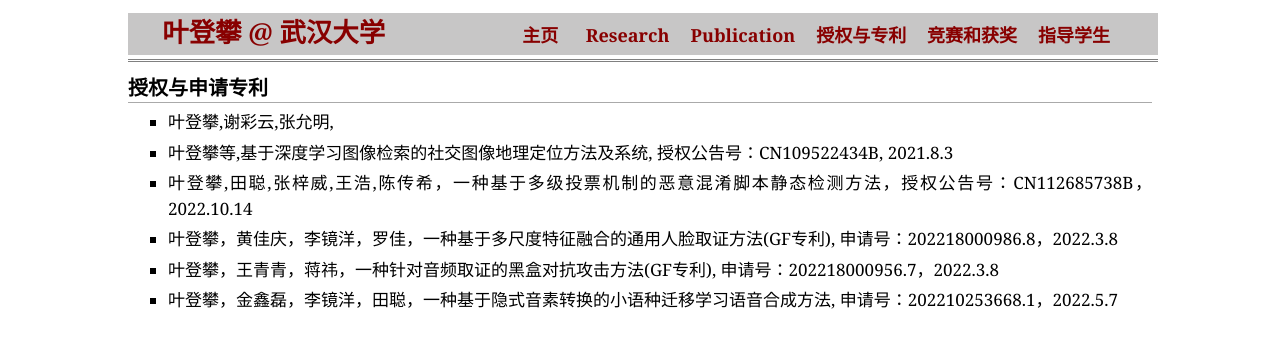
Repository: yedengpan/yedengpan.github.io
Page: patent.html
The author's editor kept a copy of each file at every save. The page is drawn from the files as they stood at one save, then again after the next save.
The browser window is 1280 px wide. The pictures show the whole page.

Above is the page before, as saved 2024-01-18 21:01:21.
Console error: SyntaxError: Unexpected token '%'

### patent.html
<!DOCTYPE html PUBLIC "-//W3C//DTD XHTML 1.1//EN" "http://www.w3.org/TR/xhtml11/DTD/xhtml11.dtd">
<html xmlns="http://www.w3.org/1999/xhtml" xml:lang="en">
<head>
    <meta http-equiv="Content-Type" content="text/html; charset=UTF-8">
    <meta name="generator" content="jemdoc, see http://jemdoc.jaboc.net/">

    <link rel="stylesheet" href="./source_files/jemdoc.css" type="text/css">
    <title>授权与专利</title>
    <script type="text/javascript" src="./source_files/jquery-1.12.4.min.js"></script>
    <script src="./source_files/main.js"></script>

</head>
<body>
    <div id="layout-content">

        <div id="toptitle">
            <h1 width=100% id="home">
                &nbsp;&nbsp;&nbsp;&nbsp;
                <font color="#880000">叶登攀 @ 武汉大学</font>
                &nbsp;&nbsp;&nbsp;&nbsp;&nbsp;&nbsp;&nbsp;&nbsp;&nbsp;&nbsp;&nbsp;&nbsp;&nbsp;&nbsp;&nbsp;&nbsp;&nbsp;&nbsp;
                <a href="./index.html"><font color="#880000" size="4.0px">主页</font></a>
                &nbsp;&nbsp;
                <a href="./research.html"><font color="#880000" size="4.0px">Research &nbsp;&nbsp;</font></a>
                <a href="./publication.html"><font color="#880000" size="4.0px">Publication &nbsp;&nbsp;</font></a>
                <a href="./patent.html"><font color="#880000" size="4.0px">授权与专利 &nbsp;&nbsp;</font></a>
                <a href="./awards.html"><font color="#880000" size="4.0px">竞赛和获奖 &nbsp;&nbsp;</font></a>
                <a href="./student.html"><font color="#880000" size="4.0px">指导学生 &nbsp;&nbsp;</font></a>                &nbsp;&nbsp;&nbsp;&nbsp;
            </h1>
        </div>

        <br> <br>

        <h2>授权与申请专利</h2>
        <body>
            <ul>
                <li>
                    <p style="text-align: justify;">
                        叶登攀,谢彩云,张允明,
                    </p>

                </li>
                <li>
                    <p style="text-align:justify;">
                        叶登攀等,基于深度学习图像检索的社交图像地理定位方法及系统, 授权公告号：CN109522434B, 2021.8.3
                    </p>
                </li>
                <li>
                    <p style="text-align:justify;">
                        叶登攀,田聪,张梓威,王浩,陈传希，一种基于多级投票机制的恶意混淆脚本静态检测方法，授权公告号：CN112685738B，2022.10.14
                    </p>
                </li>
                <li>
                    <p style="text-align:justify;">
                        叶登攀，黄佳庆，李镜洋，罗佳，一种基于多尺度特征融合的通用人脸取证方法(GF专利), 申请号：202218000986.8，2022.3.8
                    </p>
                </li>
                <li>
                    <p style="text-align:justify;">
                        叶登攀，王青青，蒋祎，一种针对音频取证的黑盒对抗攻击方法(GF专利), 申请号：202218000956.7，2022.3.8
                    </p>
                </li>
                <li>
                    <p style="text-align:justify;">
                        叶登攀，金鑫磊，李镜洋，田聪，一种基于隐式音素转换的小语种迁移学习语音合成方法, 申请号：202210253668.1，2022.5.7
                    </p>
                </li>
                <!--<li>
                    <p style="text-align:justify;">
                        叶登攀,王蕊，基于多尺度特征融合的通用图像篡改取证方法及系统，授权公告号：CN116721320A，2023.09.08
                    </p>
                </li>
                <li>
                    <p style="text-align:justify;">
                        叶登攀，金鑫磊，李镜洋，田聪，一种基于隐式音素转换的小语种迁移学习语音合成方法,申请号：202210253668.1，2022.5.7
                    </p>
                </li>
                <li>
                    <p style="text-align:justify;">
                        叶登攀等，一种基于脉搏信号的AI深度换脸视频取证方法, 申请号：201811352507.8, 2018.
                    </p>
                </li>
                <li>
                    <p style="text-align:justify;">
                        叶登攀等, 一种安全媒体指纹生成和鉴定的方法, 授权号：ZL201410208099.4, 2016.
                    </p>
                </li>
                <li>
                    <p style="text-align:justify;">
                        叶登攀，张倬胜，卢玥锟，张浩天，吴荀，一种群智感知大数据公共安全识别方法及系统，授权号：ZL201510500666.8（2017）
                    </p>
                </li>
                <li>
                    <p style="text-align:justify;">
                        叶登攀，欧阳坤，朱吉祥，马方方，一种移动平台上基于情景感知的访问控制系统及方法，授权号：ZL201510679226.3（2018）
                    </p>
                </li>
                <li>
                    <p style="text-align:justify;">
                        叶登攀，张倬胜，卢玥锟，张浩天，吴荀，一种基于群智感知的多模态数据融合方法，申请公布号：CN105005558A（2015）
                    </p>
                </li>
                <li>
                    <p style="text-align:justify;">
                        叶登攀，廉士国，王丽娜，多媒体数据盗版追踪方法，授权号：ZL101645116B（2011）
                    </p>
                </li>
                <li>
                    <p style="text-align:justify;">
                        叶登攀，廉士国，王丽娜，一种媒体发布网络中的发布内容控制方法，授权号：Zl101645117B（2011）
                    </p>
                </li>
                <li>
                    <p style="text-align:justify;">
                        叶登攀，廉士国，王丽娜，视频光盘安全分发方法，授权号：Zl101645289B（2011）
                    </p>
                </li>-->

            </ul>
        </body>
</html>

### source_files/jemdoc.css
/* Default css file for jemdoc. */

table#tlayout {
    border: none;
    border-collapse: separate;
    background: white;
}

/*body.my-body {
	background: white;*/
	/*	font-family: Georgia, serif;*/
	/*font-family: "Times New Roman", Sans-serif, Serif, Arial, Helvetica, sans-serif;
	padding-bottom: 8px;
	margin: 0;
	text-align: center;
}*/

body {
	background: white;
	font-family: Georgia, serif;
	padding-bottom: 8px;
	margin: 0;
	text-align: center;
}

/*
:lang(en) {
	font-family: "Arial", sans-serif;
}

:not(:lang(en)) {
	font-family: inherit;
}
*/

#layout-menu {
	background: #f6f6f6;
	border: 1px solid #dddddd;
	padding-top: 0.5em;
	padding-left: 8px;
	padding-right: 8px;
	font-size: 1.0em;
	width: auto;
	white-space: nowrap;
    text-align: left;
    vertical-align: top;
}

#layout-menu td {
	background: #f4f4f4;
    vertical-align: top;
}

#layout-content {
	padding-top: 0.0em;
	padding-left: 1.0em;
	padding-right: 1.0em;
    border: none;
    background: white;
    text-align: left;
    vertical-align: top;
    /* width:950px; */
    width:1024px;
	/* width:1024px; */
    margin: auto;
}

#layout-menu a {
	line-height: 1.5em;
	margin-left: 0.5em;
}

tt {
    background: #ffffdd;
}

pre, tt {
	font-size: 90%;
	font-family: monaco, monospace;
}

a, a > tt {
	/*color: #0000FF;*/
  color: #0055AA;
	text-decoration: none;
}

a:hover {
	border-bottom: 1px gray dotted;
}

#layout-menu a.current:link, #layout-menu a.current:visited {
	color: #022b6d;
	border-bottom: 1px gray solid;
}
#layout-menu a:link, #layout-menu a:visited, #layout-menu a:hover {
	color: #527bbd;
	text-decoration: none;
}
#layout-menu a:hover {
	text-decoration: none;
}

div.menu-category {
	border-bottom: 1px solid gray;
	margin-top: 0.8em;
	padding-top: 0.2em;
	padding-bottom: 0.1em;
	font-weight: bold;
}

div.menu-item {
	padding-left: 16px;
	text-indent: -16px;
}

div#toptitle {
	padding-bottom: 0.2em;
	margin-bottom: 1.5em;
	border-bottom: 3px double gray;
  position:fixed;

}

/* Reduce space if we begin the page with a title. */
div#toptitle + h2, div#toptitle + h3 {
	margin-top: -0.7em;
}

div#subtitle {
	margin-top: 0.0em;
	margin-bottom: 0.0em;
	padding-top: 0em;
	padding-bottom: 0.1em;
}

em {
	font-style: italic;
}

strong {
	font-weight: bold;
}


h1, h2, h3 {
	color: #000000;
	margin-top: 0.9em;
	margin-bottom: 0.3em;
	padding-bottom: 0.2em;
	line-height: 1.0;
	padding-top: 0.5em;
	border-bottom: 1px solid #aaaaaa;
}

h1 {
	font-size: 165%;
  /*background: #003366;*/
  background: #C7C6C6;
  line-height: 1.5;
}

h2 {
	padding-top: 0.8em;
	font-size: 125%;
}

h2 + h3 {
    padding-top: 0.2em;
}

h3 {
	font-size: 110%;
	border-bottom: none;
}

p {
	margin-top: 0.0em;
	margin-bottom: 0.8em;
	padding: 0;
	line-height: 1.5;
  	/*size of font in body*/
  	font-size: 17px;
}

pre {
	padding: 0;
	margin: 0;
}

div#footer {
	font-size: small;
	border-top: 1px solid #c0c0c0;
	padding-top: 0.1em;
	margin-top: 4.0em;
	color: #c0c0c0;
}

div#footer a {
	color: #80a0b0;
}

div#footer-text {
	float: left;
	padding-bottom: 8px;
}

ul, ol, dl {
	margin-top: 0.2em;
	padding-top: 0;
	margin-bottom: 0.8em;
}

dt {
	margin-top: 0.5em;
	margin-bottom: 0;
}

dl {
	margin-left: 20px;
}

dd {
	color: #222222;
}

dd > *:first-child {
	margin-top: 0;
}

ul {
	list-style-position: outside;
	list-style-type: square;
}

p + ul, p + ol {
	margin-top: -0.5em;
}

li ul, li ol {
	margin-top: -0.3em;
}

ol {
	list-style-position: outside;
	list-style-type: decimal;
}

li p, dd p {
	margin-bottom: 0.3em;
}


ol ol {
	list-style-type: lower-alpha;
}

ol ol ol {
	list-style-type: lower-roman;
}

p + div.codeblock {
	margin-top: -0.6em;
}

div.codeblock, div.infoblock {
	margin-right: 0%;
	margin-top: 1.2em;
	margin-bottom: 1.3em;
}

div.blocktitle {
	font-weight: bold;
	color: #cd7b62;
	margin-top: 1.2em;
	margin-bottom: 0.1em;
}

div.blockcontent {
	border: 1px solid silver;
	padding: 0.3em 0.5em;
}

div.infoblock > div.blockcontent {
	background: #ffffee;
}

div.blockcontent p + ul, div.blockcontent p + ol {
	margin-top: 0.4em;
}

div.infoblock p {
	margin-bottom: 0em;
}

div.infoblock li p, div.infoblock dd p {
	margin-bottom: 0.5em;
}

div.infoblock p + p {
	margin-top: 0.8em;
}

div.codeblock > div.blockcontent {
	background: #f6f6f6;
}

span.pycommand {
	color: #000070;
}

span.statement {
	color: #008800;
}
span.builtin {
	color: #000088;
}
span.special {
	color: #990000;
}
span.operator {
	color: #880000;
}
span.error {
	color: #aa0000;
}
span.comment, span.comment > *, span.string, span.string > * {
	color: #606060;
}

@media print {
	#layout-menu { display: none; }
}

#fwtitle {
	margin: 2px;
}

#fwtitle #toptitle {
	padding-left: 0.5em;
	margin-bottom: 0.5em;
}

#layout-content h1:first-child, #layout-content h2:first-child, #layout-content h3:first-child {
	margin-top: -0.7em;
}

div#toptitle h1, #layout-content div#toptitle h1 {
	margin-bottom: 0.0em;
	padding-bottom: 0.1em;
	padding-top: 0;
	margin-top: 0.5em;
	border-bottom: none;
}

img.eq {
	padding: 0;
	padding-left: 0.1em;
	padding-right: 0.1em;
	margin: 0;
}

img.eqwl {
	padding-left: 2em;
	padding-top: 0.6em;
	padding-bottom: 0.2em;
	margin: 0;
}

table {
    border: 2px solid black;
    border-collapse: collapse;
}

td {
    padding: 2px;
    padding-left: 0.5em;
    padding-right: 0.5em;
    text-align: center;
    border: 1px solid gray;
}

table + table {
    margin-top: 1em;
}

tr.heading {
    font-weight: bold;
    border-bottom: 2px solid black;
}

img {
    border: none;
}

table.imgtable, table.imgtable td {
    border: none;
    text-align: left;
    padding-top: 4em;
}

### static/js/main.js
---
---
$(function() {
  deadlineByConf = {};

  {% for conf in site.data.conferences %}
  {% assign conf_id = conf.name | append: conf.year | slugify %}
  {% if conf.deadline == "TBA" %}
  $('#{{ conf_id }} .timer').html("TBA");
  $('#{{ conf_id }} .deadline-time').html("TBA");
  deadlineByConf["{{ conf_id }}"] = null;

  {% else %}
  var rawDeadlines = {{ conf.deadline | jsonify }} || [];
  if (rawDeadlines.constructor !== Array) {
    rawDeadlines = [rawDeadlines];
  }
  var parsedDeadlines = [];
  while (rawDeadlines.length > 0) {
    var rawDeadline = rawDeadlines.pop();
    // check if date is template
    if (rawDeadline.indexOf('%m') >= 0) {
      for (var m = 1; m <= 12; m++) {
        rawDeadlines.push(rawDeadline.replace('%m', m < 10 ? '0' + m : m));
      }
    } else if (rawDeadline.indexOf('%y') >= 0) {
      year = parseInt(moment().year());
      rawDeadlines.push(rawDeadline.replace('%y', year));
      rawDeadlines.push(rawDeadline.replace('%y', year + 1));

    } else {
      // adjust date according to deadline timezone
      {% if conf.timezone %}
      var deadline = moment.tz(rawDeadline, "{{ conf.timezone }}");
      {% else %}
      var deadline = moment.tz(rawDeadline, "Etc/GMT+12"); // Anywhere on Earth
      {% endif %}

      // post-process date
      if (deadline.minutes() === 0) {
        deadline.subtract(1, 'seconds');
      }
      if (deadline.minutes() === 59) {
        deadline.seconds(59);
      }
      parsedDeadlines.push(deadline);
    }
  }

  // check which deadline is closest
  var confDeadline = parsedDeadlines[0];
  var today = moment();
  for (var i = 1; i < parsedDeadlines.length; i++) {
    deadlineCandidate = parsedDeadlines[i];
    if ((today.diff(deadlineCandidate) < 0 && today.diff(deadlineCandidate) > today.diff(confDeadline))) {
      confDeadline = deadlineCandidate;
    }
  }

  // render countdown timer
  if (confDeadline) {
    function make_update_countdown_fn(confDeadline) {
      return function(event) {
        diff = moment() - confDeadline
        if (diff <= 0) {
           $(this).html(event.strftime('%D days %Hh %Mm %Ss'));
        } else {
          $(this).html(confDeadline.fromNow());
        }
      }
    }
    $('#{{ conf_id }} .timer').countdown(confDeadline.toDate(), make_update_countdown_fn(confDeadline));
    // check if date has passed, add 'past' class to it
    if (moment() - confDeadline > 0) {
      $('#{{ conf_id }}').addClass('past');
    }
    $('#{{ conf_id }} .deadline-time').html(confDeadline.local().format('D MMM YYYY, h:mm:ss a'));
    deadlineByConf["{{ conf_id }}"] = confDeadline;
  }
  {% endif %}
  {% endfor %}

  // Reorder list
  confs = $('.conf');
  confs.detach().sort(function(a, b) {
    var today = moment();
    var a = deadlineByConf[a.id];
    var b = deadlineByConf[b.id];
    var diff1 = today.diff(a)
    var diff2 = today.diff(b)
    if (a == null && b == null) {
      return 0;
    }
    if (a == null && diff2 > 0) {
      return -1;
    }
    if (a == null && diff2 < 0) {
      return +1;
    }
    if (b == null && diff1 > 0) {
      return +1;
    }
    if (b == null && diff1 < 0) {
      return -1;
    }
    if (diff1 < 0 && diff2 > 0) {
      return -1;
    }
    if (diff1 > 0 && diff2 < 0) {
      return +1;
    }
    if (diff1 < 0 && diff2 < 0) {
      return -1 ? diff1 < diff2 : +1;
    }
    if (diff1 > 0 && diff2 > 0) {
      return -1 ? a < b : +1;
    }
  });
  $('.conf-container').append(confs);

  // Set checkboxes
  var conf_type_data = {{ site.data.types | jsonify }};
  var all_tags = [];
  var toggle_status = {};
  for (var i = 0; i < conf_type_data.length; i++) {
    all_tags[i] = conf_type_data[i]['tag'];
    toggle_status[all_tags[i]] = false;
  }
  var tags = store.get('{{ site.domain }}');
  if (tags === undefined) {
    tags = all_tags;
  }
  for (var i = 0; i < tags.length; i++) {
    $('#' + tags[i] + '-checkbox').prop('checked', true);
    toggle_status[tags[i]] = true;
  }
  store.set('{{ site.domain }}', tags);

  function update_conf_list() {
    confs.each(function(i, conf) {
      var conf = $(conf);
      var show = false;
      for (var i = 0; i < all_tags.length; i++) {
        if(conf.hasClass(all_tags[i])) {
          show = show | toggle_status[all_tags[i]];
        }
      }
      if (show) {
        conf.show();
      } else {
        conf.hide()
      }
    });
  }
  update_conf_list();

  // Event handler on checkbox change
  $('form :checkbox').change(function(e) {
    var checked = $(this).is(':checked');
    var tag = $(this).prop('id').slice(0, -9);
    toggle_status[tag] = checked;

    if (checked == true) {
      if (tags.indexOf(tag) < 0)
        tags.push(tag);
    }
    else {
      var idx = tags.indexOf(tag);
      if (idx >= 0)
        tags.splice(idx, 1);
    }
    store.set('{{ site.domain }}', tags);
    update_conf_list();
  });
});

Loaded but not shown: source_files/jquery-1.12.4.min.js (library)

After the next save:
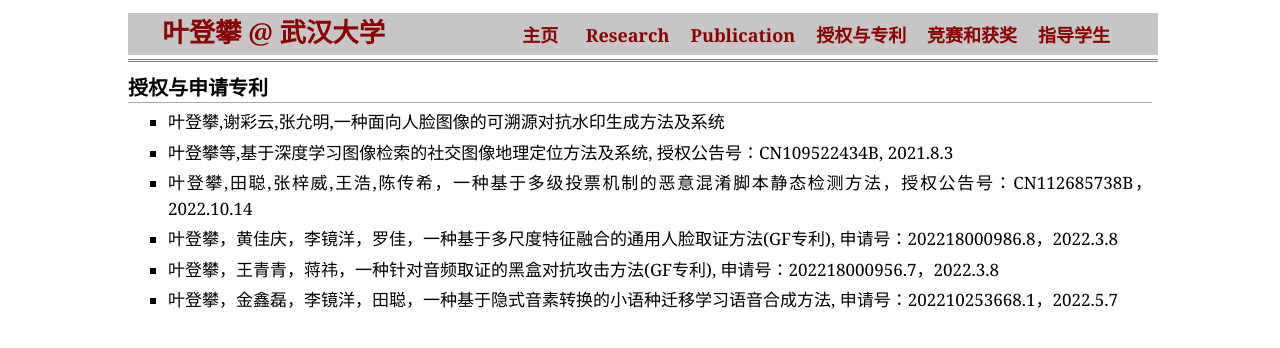
Saved 14 s later.
--- a/patent.html
+++ b/patent.html
@@ -35,7 +35,7 @@
             <ul>
                 <li>
                     <p style="text-align: justify;">
-                        叶登攀,谢彩云,张允明,
+                        叶登攀,谢彩云,张允明,一种面向人脸图像的可溯源对抗水印生成方法及系统
                     </p>
 
                 </li>
